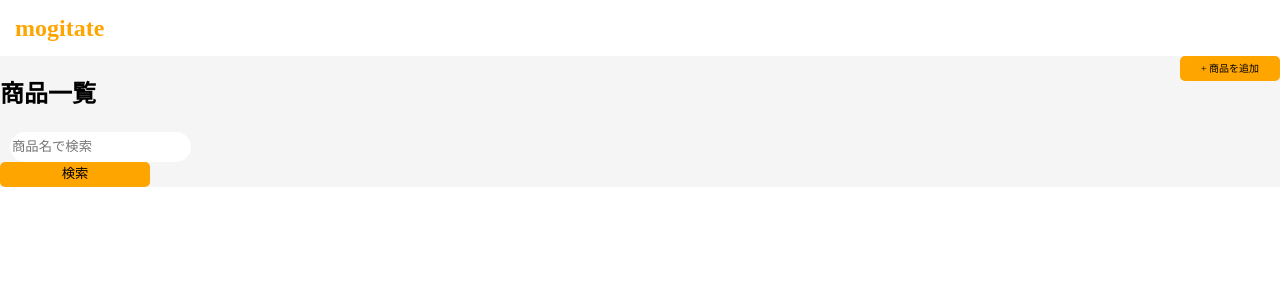
Repository: tokisiro/fruit-products
Page: http://localhost/products
These files come from the project's save history. The page is drawn as it stood at one moment and after the next save; the edit follows.
The browser window is 1280 px wide. The pictures show the whole page.
The page is served by the project's Laravel application, run on PHP 8.4 with Laravel 8. Other server files are loaded and not shown. Queries for data that is not in the repository find no rows.

Above is the page before, as saved 2025-05-16 22:15:39.

### src/routes/web.php
<?php

use Illuminate\Support\Facades\Route;
use App\Http\Controllers\ProductController;
/*
|--------------------------------------------------------------------------
| Web Routes
|--------------------------------------------------------------------------
|
| Here is where you can register web routes for your application. These
| routes are loaded by the RouteServiceProvider within a group which
| contains the "web" middleware group. Now create something great!
|
*/


Route::get('/products/register', [ProductController::class, 'register']);
Route::get('/products', [ProductController::class, 'products']);
Route::get('/products/update', [ProductController::class, 'index']);

Route::get('/products/{productId}', [ProductController::class, 'change'])->name('products.change');
Route::patch('/products/{productId}/update',[ProductController::class,'update']);
Route::delete('/products/{productId}/delete',[ProductController::class,'remove']);
Route::get('/register', [ProductController::class, 'add']);
Route::post('/products/register', [ProductController::class, 'create']);

### src/app/Http/Controllers/ProductController.php
<?php

namespace App\Http\Controllers;

use Illuminate\Http\Request;
use App\Models\Product;
use App\Models\Product_Season;
use App\Models\Season;
use App\Http\Requests\ProductRequest;
use Illuminate\Support\Facades\Storage;

class ProductController extends Controller
{
    public function register(){
        return view('register');
    }
    //商品一覧ページの表示
    public function products(){
        $products = Product::all();
        $pages = Product::Paginate(6);
        return view('product', compact('products', 'pages'));
    }
    //商品詳細画面表示
    public function change($productId){
        $change = Product::find($productId);
        $products = Product_Season::where('product_id', $productId)->pluck('season_id')->toArray();
        return view('index', compact('change','products'));
    }
    //更新機能
    public function update(ProductRequest $request,$productId)
    {
        $data = $request->all();
        unset($data['_token']);

        if ($request->hasFile('image')) {
            $path = $request->file('image')->store('public/products');
            $data['image'] = Storage::url($path); // 保存先パスをセット
        } else {
            unset($data['image']); // 画像がない場合は更新しない
        }

        Product::find($productId)->update($data);

        return redirect('/products');
    }
    //削除機能
    public function remove($productId)
    {
        Product::find($productId)->delete();
        return redirect('/products');
    }
    //商品追加ページ表示
    public function add(){
        return view('/register');
}
    //追加機能
    public function create(ProductRequest $request){
        $form = $request->all();
        product::create($form);
        return redirect('/products');
    }
}

### src/app/Models/product.php
<?php

namespace App\Models;

use Illuminate\Database\Eloquent\Factories\HasFactory;
use Illuminate\Database\Eloquent\Model;

class Product extends Model
{
    use HasFactory;

    protected $fillable = ['name','price','image','description'];

    public function seasons()
{
    return $this->belongsToMany(Season::class,'product_seasons','product_id','season_id');
}
}

### src/resources/views/product.blade.php
<!DOCTYPE html>
<html lang="ja">
<head>
    <meta charset="UTF-8">
    <meta http-equiv="X-UA-Compatible" content="IE=edge">
    <meta name="viewport" content="width=device-width, initial-scale=1.0">
    <title>mogitate</title>
    <link rel="stylesheet" href="css/sanitize.css">
    <link rel="stylesheet" href="css/product.css">
</head>
<body>
    <!--商品一覧-->
    <header class="header">
        <div class="header__inner">
            <a class="header__logo" href="">
                mogitate
            </a>
        </div>
    </header>
    <main>
        <div class="product">
            <div class="product__content">
                <h2 class="product__content-title">
                    商品一覧
                </h2>
                <div class="product__content-button">
                    <a class="product__content-button-item" href="/register">
                    + 商品を追加
                    </a>
                </div>
            </div>
            <div class="product__content-search">
                <form class="product__content-search--form" action="">
                    <div class="product__content-search--form-text">
                        <input class="product__content-search--form-text--item" type="text" name="name" placeholder="商品名で検索">
                    </div>
                    <div class="product__content-search--form-button">
                        <button class="product__content-search-button--item">
                        検索
                        </button>
                    </div>
                </form>
                <div class="product__content-order">
                    <!--並び替え機能を記述-->
                </div>
            </div>
                @foreach ($products as $product)
                <div class="product__card">
                    <form class="product__card-form" action="/products/{{$product->id}}" method="get">
                    @csrf
                        <div class="product__card-form--img">
                            <button type="submit" style="border: none; padding: 0; background: none; cursor: pointer;">
                                <img src="{{$product->image}}" alt="" style="max-width: 200px; height: auto;">
                                <div class="product__card-form--content">
                                    <div class="product__card-form--content-name">
                                    {{$product->name}}
                                    </div>
                                    <div class="product__card-form--content-price">
                                        {{$product->price}}
                                    </div>
                                </div>
                            </button>
                        </div>
                    </form>
                </div>
            @endforeach
            {{ $pages->links() }}
        </div>
    </main>
</body>
</html>

### src/public/css/sanitize.css
/* Document
* ========================================================================== */

/**
* Add border box sizing in all browsers (opinionated).
*/

*,
::before,
::after {
    box-sizing: border-box;
}

/**
* 1. Add text decoration inheritance in all browsers (opinionated).
* 2. Add vertical alignment inheritance in all browsers (opinionated).
*/

::before,
::after {
    vertical-align: inherit;
    /* 2 */
    text-decoration: inherit;
    /* 1 */
}

/**
* 1. Use the default cursor in all browsers (opinionated).
* 2. Change the line height in all browsers (opinionated).
* 3. Use a 4-space tab width in all browsers (opinionated).
* 4. Remove the grey highlight on links in iOS (opinionated).
* 5. Prevent adjustments of font size after orientation changes in
*    IE on Windows Phone and in iOS.
* 6. Breaks words to prevent overflow in all browsers (opinionated).
*/

html {
    word-break: break-word;
    /* 6 */
    -moz-tab-size: 4;
    /* 3 */
    tab-size: 4;
    /* 3 */
    line-height: 1.5;
    /* 2 */
    cursor: default;
    /* 1 */

    -webkit-tap-highlight-color: transparent
        /* 4 */
    ;
    -ms-text-size-adjust: 100%;
    /* 5 */
    -webkit-text-size-adjust: 100%;
    /* 5 */
}

/* Sections
* ========================================================================== */

/**
* Remove the margin in all browsers (opinionated).
*/

body {
    margin: 0;
}

/**
* Correct the font size and margin on `h1` elements within `section` and
* `article` contexts in Chrome, Edge, Firefox, and Safari.
*/

h1 {
    margin: 0.67em 0;
    font-size: 2em;
}

/* Grouping content
* ========================================================================== */

/**
* Remove the margin on nested lists in Chrome, Edge, IE, and Safari.
*/

dl dl,
dl ol,
dl ul,
ol dl,
ul dl {
    margin: 0;
}

/**
* Remove the margin on nested lists in Edge 18- and IE.
*/

ol ol,
ol ul,
ul ol,
ul ul {
    margin: 0;
}

/**
* 1. Add the correct sizing in Firefox.
* 2. Show the overflow in Edge 18- and IE.
*/

hr {
    overflow: visible;
    /* 2 */
    height: 0;
    /* 1 */
}

/**
* Add the correct display in IE.
*/

main {
    display: block;
}

/**
* Remove the list style on navigation lists in all browsers (opinionated).
*/

nav ol,
nav ul {
    padding: 0;
    list-style: none;
}

/**
* 1. Correct the inheritance and scaling of font size in all browsers.
* 2. Correct the odd `em` font sizing in all browsers.
*/

pre {
    font-size: 1em;
    /* 2 */
    font-family: monospace, monospace;
    /* 1 */
}

/* Text-level semantics
* ========================================================================== */

/**
* Remove the gray background on active links in IE 10.
*/

a {
    background-color: transparent;
}

/**
* Add the correct text decoration in Edge 18-, IE, and Safari.
*/

abbr[title] {
    text-decoration: underline;
    text-decoration: underline dotted;
}

/**
* Add the correct font weight in Chrome, Edge, and Safari.
*/

b,
strong {
    font-weight: bolder;
}

/**
* 1. Correct the inheritance and scaling of font size in all browsers.
* 2. Correct the odd `em` font sizing in all browsers.
*/

code,
kbd,
samp {
    font-size: 1em;
    /* 2 */
    font-family: monospace, monospace;
    /* 1 */
}

/**
* Add the correct font size in all browsers.
*/

small {
    font-size: 80%;
}

/* Embedded content
* ========================================================================== */

/*
* Change the alignment on media elements in all browsers (opinionated).
*/

audio,
canvas,
iframe,
img,
svg,
video {
    vertical-align: middle;
}

/**
* Add the correct display in IE 9-.
*/

audio,
video {
    display: inline-block;
}

/**
* Add the correct display in iOS 4-7.
*/

audio:not([controls]) {
    display: none;
    height: 0;
}

/**
* Remove the border on iframes in all browsers (opinionated).
*/

iframe {
    border-style: none;
}

/**
* Remove the border on images within links in IE 10-.
*/

img {
    border-style: none;
}

/**
* Change the fill color to match the text color in all browsers (opinionated).
*/

svg:not([fill]) {
    fill: currentColor;
}

/**
* Hide the overflow in IE.
*/

svg:not(:root) {
    overflow: hidden;
}

/* Tabular data
* ========================================================================== */

/**
* Collapse border spacing in all browsers (opinionated).
*/

table {
    border-collapse: collapse;
}

/* Forms
* ========================================================================== */

/**
* Remove the margin on controls in Safari.
*/

button,
input,
select {
    margin: 0;
}

/**
* 1. Show the overflow in IE.
* 2. Remove the inheritance of text transform in Edge 18-, Firefox, and IE.
*/

button {
    overflow: visible;
    /* 1 */
    text-transform: none;
    /* 2 */
}

/**
* Correct the inability to style buttons in iOS and Safari.
*/

button,
[type="button"],
[type="reset"],
[type="submit"] {
    -webkit-appearance: button;
}

/**
* 1. Change the inconsistent appearance in all browsers (opinionated).
* 2. Correct the padding in Firefox.
*/

fieldset {
    padding: 0.35em 0.75em 0.625em;
    /* 2 */
    border: 1px solid #a0a0a0;
    /* 1 */
}

/**
* Show the overflow in Edge 18- and IE.
*/

input {
    overflow: visible;
}

/**
* 1. Correct the text wrapping in Edge 18- and IE.
* 2. Correct the color inheritance from `fieldset` elements in IE.
*/

legend {
    display: table;
    /* 1 */
    max-width: 100%;
    /* 1 */
    color: inherit;
    /* 2 */
    white-space: normal;
    /* 1 */
}

/**
* 1. Add the correct display in Edge 18- and IE.
* 2. Add the correct vertical alignment in Chrome, Edge, and Firefox.
*/

progress {
    display: inline-block;
    /* 1 */
    vertical-align: baseline;
    /* 2 */
}

/**
* Remove the inheritance of text transform in Firefox.
*/

select {
    text-transform: none;
}

/**
* 1. Remove the margin in Firefox and Safari.
* 2. Remove the default vertical scrollbar in IE.
* 3. Change the resize direction in all browsers (opinionated).
*/

textarea {
    overflow: auto;
    /* 2 */
    margin: 0;
    /* 1 */
    resize: vertical;
    /* 3 */
}

/**
* Remove the padding in IE 10-.
*/

[type="checkbox"],
[type="radio"] {
    padding: 0;
}

/**
* 1. Correct the odd appearance in Chrome, Edge, and Safari.
* 2. Correct the outline style in Safari.
*/

[type="search"] {
    outline-offset: -2px;
    /* 2 */

    -webkit-appearance: textfield;
    /* 1 */
}

/**
* Correct the cursor style of increment and decrement buttons in Safari.
*/

::-webkit-inner-spin-button,
::-webkit-outer-spin-button {
    height: auto;
}

/**
* Correct the text style of placeholders in Chrome, Edge, and Safari.
*/

::-webkit-input-placeholder {
    color: inherit;
    opacity: 0.54;
}

/**
* Remove the inner padding in Chrome, Edge, and Safari on macOS.
*/

::-webkit-search-decoration {
    -webkit-appearance: none;
}

/**
* 1. Correct the inability to style upload buttons in iOS and Safari.
* 2. Change font properties to `inherit` in Safari.
*/

::-webkit-file-upload-button {
    font: inherit;
    /* 2 */

    -webkit-appearance: button;
    /* 1 */
}

/**
* Remove the inner border and padding of focus outlines in Firefox.
*/

::-moz-focus-inner {
    padding: 0;
    border-style: none;
}

/**
* Restore the focus outline styles unset by the previous rule in Firefox.
*/

:-moz-focusring {
    outline: 1px dotted ButtonText;
}

/**
* Remove the additional :invalid styles in Firefox.
*/

:-moz-ui-invalid {
    box-shadow: none;
}

/* Interactive
* ========================================================================== */

/*
* Add the correct display in Edge 18- and IE.
*/

details {
    display: block;
}

/*
* Add the correct styles in Edge 18-, IE, and Safari.
*/

dialog {
    position: absolute;
    right: 0;
    left: 0;
    display: block;
    margin: auto;
    padding: 1em;
    width: -moz-fit-content;
    width: -webkit-fit-content;
    width: fit-content;
    height: -moz-fit-content;
    height: -webkit-fit-content;
    height: fit-content;
    border: solid;
    background-color: white;
    color: black;
}

dialog:not([open]) {
    display: none;
}

/*
* Add the correct display in all browsers.
*/

summary {
    display: list-item;
}

/* Scripting
* ========================================================================== */

/**
* Add the correct display in IE 9-.
*/

canvas {
    display: inline-block;
}

/**
* Add the correct display in IE.
*/

template {
    display: none;
}

/* User interaction
* ========================================================================== */

/*
* 1. Remove the tapping delay in IE 10.
* 2. Remove the tapping delay on clickable elements
in all browsers (opinionated).
*/

a,
area,
button,
input,
label,
select,
summary,
textarea,
[tabindex] {
    -ms-touch-action: manipulation;
    /* 1 */
    touch-action: manipulation;
    /* 2 */
}

/**
* Add the correct display in IE 10-.
*/

[hidden] {
    display: none;
}

/* Accessibility
* ========================================================================== */

/**
* Change the cursor on busy elements in all browsers (opinionated).
*/

[aria-busy="true"] {
    cursor: progress;
}

/*
* Change the cursor on control elements in all browsers (opinionated).
*/

[aria-controls] {
    cursor: pointer;
}

/*
* Change the cursor on disabled, not-editable, or otherwise
* inoperable elements in all browsers (opinionated).
*/

[aria-disabled="true"],
[disabled] {
    cursor: not-allowed;
}

/*
* Change the display on visually hidden accessible elements
* in all browsers (opinionated).
*/

[aria-hidden="false"][hidden] {
    display: initial;
}

[aria-hidden="false"][hidden]:not(:focus) {
    position: absolute;
    clip: rect(0, 0, 0, 0);
}

### src/public/css/product.css
.header {
    background: white;
}

.header__inner {
    margin: 0 auto;
    padding: 10px 15px;
    width: 100%;
}

.header__logo {
    color: orange;
    text-decoration: none;
    font-weight: bold;
    font-size: 24px;
    font-family: cursive;
    }


.product{
    max-width: 100%;
    background-color: whitesmoke;
}

.product__content{
    display: flex;
    justify-content:space-between;
}
.product__content-button{
    background-color: orange;
    height: 25px;
    width: 100px;
    display: flex;
    justify-content: center;
    border-radius: 5px;
}
.product__content-button-item{
    color: black;
    text-decoration: none;
    font-size: 10px;
    padding: 5px;
}

.product


.product__content-search--form-text--item{
    border-radius: 15px;
    height: 30px;
    position: relative;
    left: 10px;
    border: none;
    background-color: white;
}

.product__content-search-button{
    position: relative;
    top: 10px;
    left: 10px;
}

.product__content-search-button--item{
    background-color: orange;
        height: 25px;
        width: 150px;
        display: flex;
        justify-content: center;
        border-radius: 5px;
        border: none;
}



.product__card {
    width: 200px;
    margin: 100px auto 0;
    box-shadow: 0px 3px 10px rgba(0, 0, 0, 0.2);
    display: inline-block;
        /* 必要に応じて折返しも許容 */
    gap: 10px;
}

.product__card-form--img img{
    width: 100%;
    flex: 1 1 calc(25% - 10px);
        /* 4列表示、調整可能 */
    box-sizing: border-box;
    text-decoration: none;
}

.product__card-form--content {
    padding: 15px 25px;
}

.product__card-form--content-name {
    font-size: 12px;
    display: inline-block;
}

.product__card-form--content-price {
    font-size: 12px;
    display: inline-block;
}

svg.w-5.h-5 {
    /*paginateメソッドの矢印の大きさ調整のために追加*/
    width: 30px;
    height: 30px;
}

Loaded but not shown: src/app/Http/Controllers/Controller.php (common file)

After the next save:
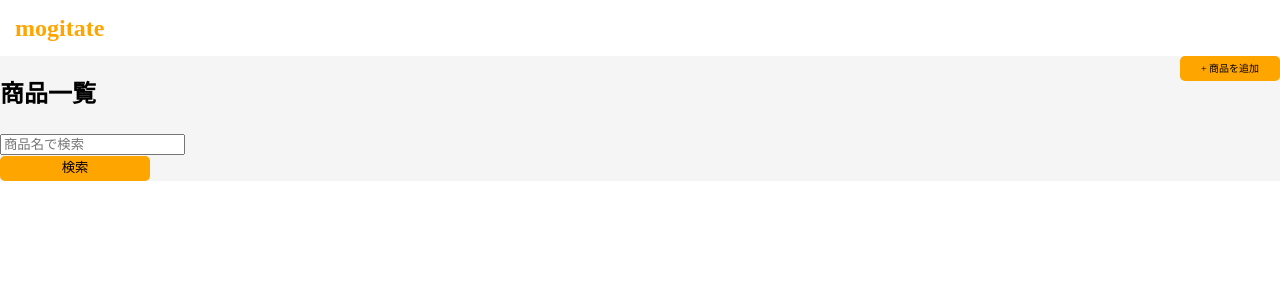
Saved 8 s later.
--- a/src/public/css/product.css
+++ b/src/public/css/product.css
@@ -41,7 +41,7 @@
     padding: 5px;
 }
 
-.product
+.product__content
 
 
 .product__content-search--form-text--item{

After the 4 saves that followed:
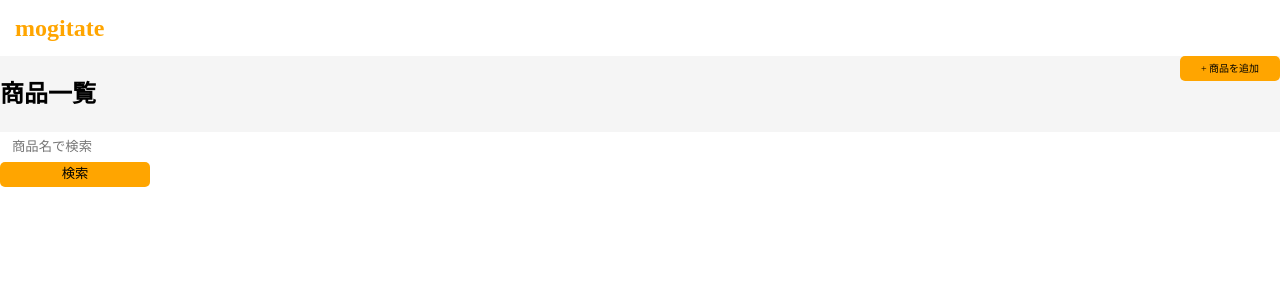
The 4 saves are shown as one change because 1 left the picture as it was and some came seconds apart.
The last was saved 17 s later.
--- a/src/public/css/product.css
+++ b/src/public/css/product.css
@@ -41,7 +41,9 @@
     padding: 5px;
 }
 
-.product__content
+.product__content-search{
+    float: left;
+}
 
 
 .product__content-search--form-text--item{
